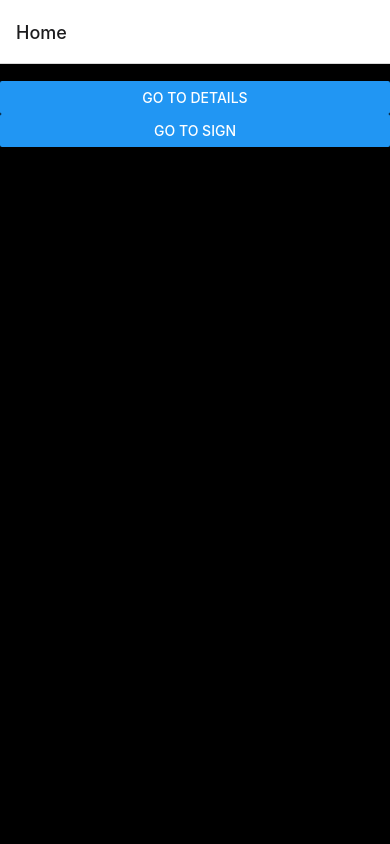
Repository: eyebone/barManager
Screen: /
These files come from the project's save history. The screen is drawn as it stood at one moment and after the next save; the edit follows.
The app was drawn by React Native's web renderer in a window 390 px wide. The project was rebuilt for these pictures with package versions that can differ from the ones it lists, and the page was loaded fresh each time. Some packages were replaced by stand-ins written for this rebuild. Also part of the build but not shown: components/EmojiPicker.js, components/Button.js, components/ImageViewer.js, components/circleButton.js, components/IconButton.js, view/ViewOne.js, view/Sign.js.

Above is the screen before, as saved 2023-06-26 13:59:54.

### App.js
// In App.js in a new project

import * as React from "react";
import { Button, View, Text, StyleSheet } from "react-native";
// import React-native from 'react-native';
import { NavigationContainer } from "@react-navigation/native";
import { createNativeStackNavigator } from "@react-navigation/native-stack";
import { ViewOne } from "./view/ViewOne";
import { SignView } from "./view/Sign";
import { LinearGradient } from "expo-linear-gradient";
function HomeScreen({ navigation }) {
  return (
    <View style={styles.container}>
      <Text>Home Screen</Text>
      <Button
        title="Go to Details"
        onPress={() => navigation.navigate("test")}
      />
      <Button title="Go to Sign" onPress={() => navigation.navigate("sign")} />
      <LinearGradient
        start={{ x: 0, y: 0 }}
        end={{ x: 1, y: 0 }}
        colors={["#5c0b82", "#480965", "#190641", "#070320","#"]}
        style={styles.linearGradient}
      >
        <Text style={styles.buttonText}>Sign in with Facebook</Text>
      </LinearGradient>
    </View>
  );
}

const Stack = createNativeStackNavigator();

function App() {
  return (
    <NavigationContainer style={styles.container}>
      <Stack.Navigator>
        <Stack.Screen name="Home" component={HomeScreen} />
        <Stack.Screen name="test" component={ViewOne} />
        <Stack.Screen name="sign" component={SignView} />
      </Stack.Navigator>
    </NavigationContainer>
  );
}

export default App;

const styles = StyleSheet.create({
  container: {
    flex: 1,
    flexDirection: "column",
    backgroundColor: "#000000",
    //    alignItems: 'center',
  },
});

After the next save:
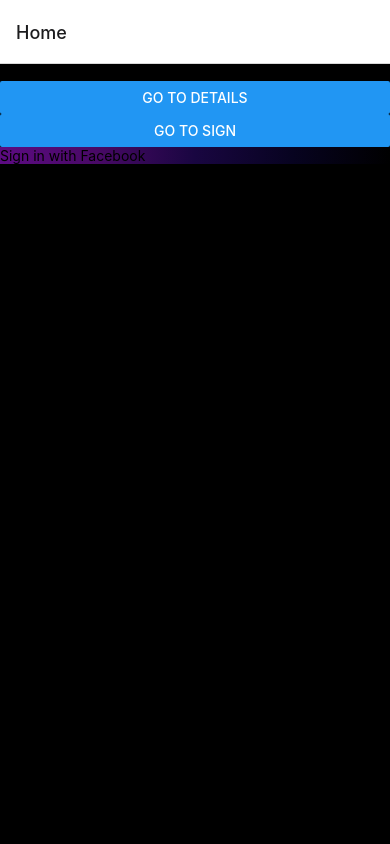
Saved 7 s later.
--- a/App.js
+++ b/App.js
@@ -20,7 +20,7 @@ function HomeScreen({ navigation }) {
       <LinearGradient
         start={{ x: 0, y: 0 }}
         end={{ x: 1, y: 0 }}
-        colors={["#5c0b82", "#480965", "#190641", "#070320","#"]}
+        colors={["#5c0b82", "#480965", "#190641", "#070320", "#000000"]}
         style={styles.linearGradient}
       >
         <Text style={styles.buttonText}>Sign in with Facebook</Text>
